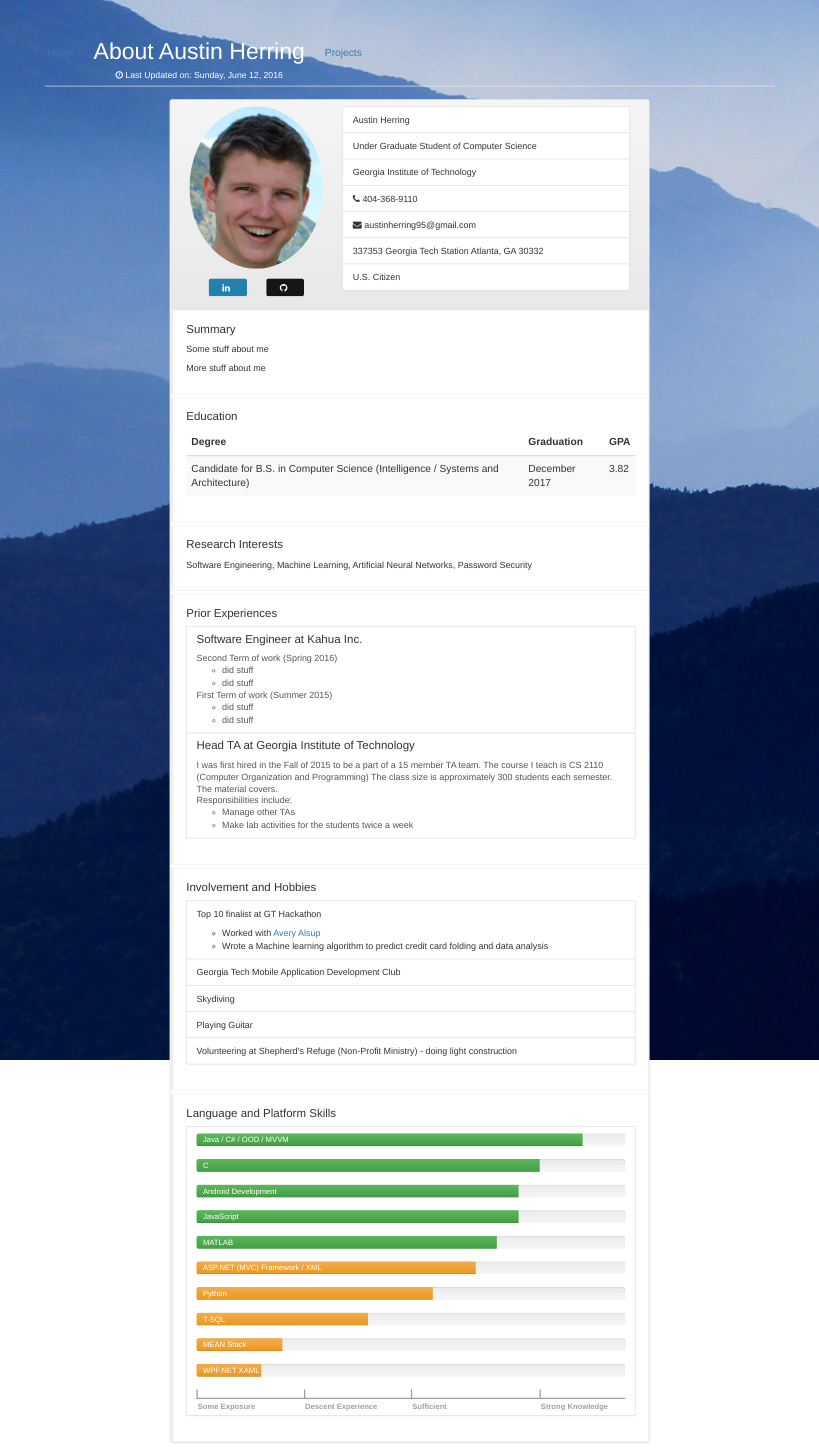
Repository: austinHerring/PersonalWebsite
Page: PersonalWebsite/WebContent/about.html
The author's editor kept a copy of each file at every save. The page is drawn from the files as they stood at one save, then again after the next save.
The browser window is 1280 px wide. The pictures show the whole page, at 64% of full size.
Some web libraries are served in a nearby version.

Above is the page before, as saved 2016-06-12 23:55:31.

After the next save:
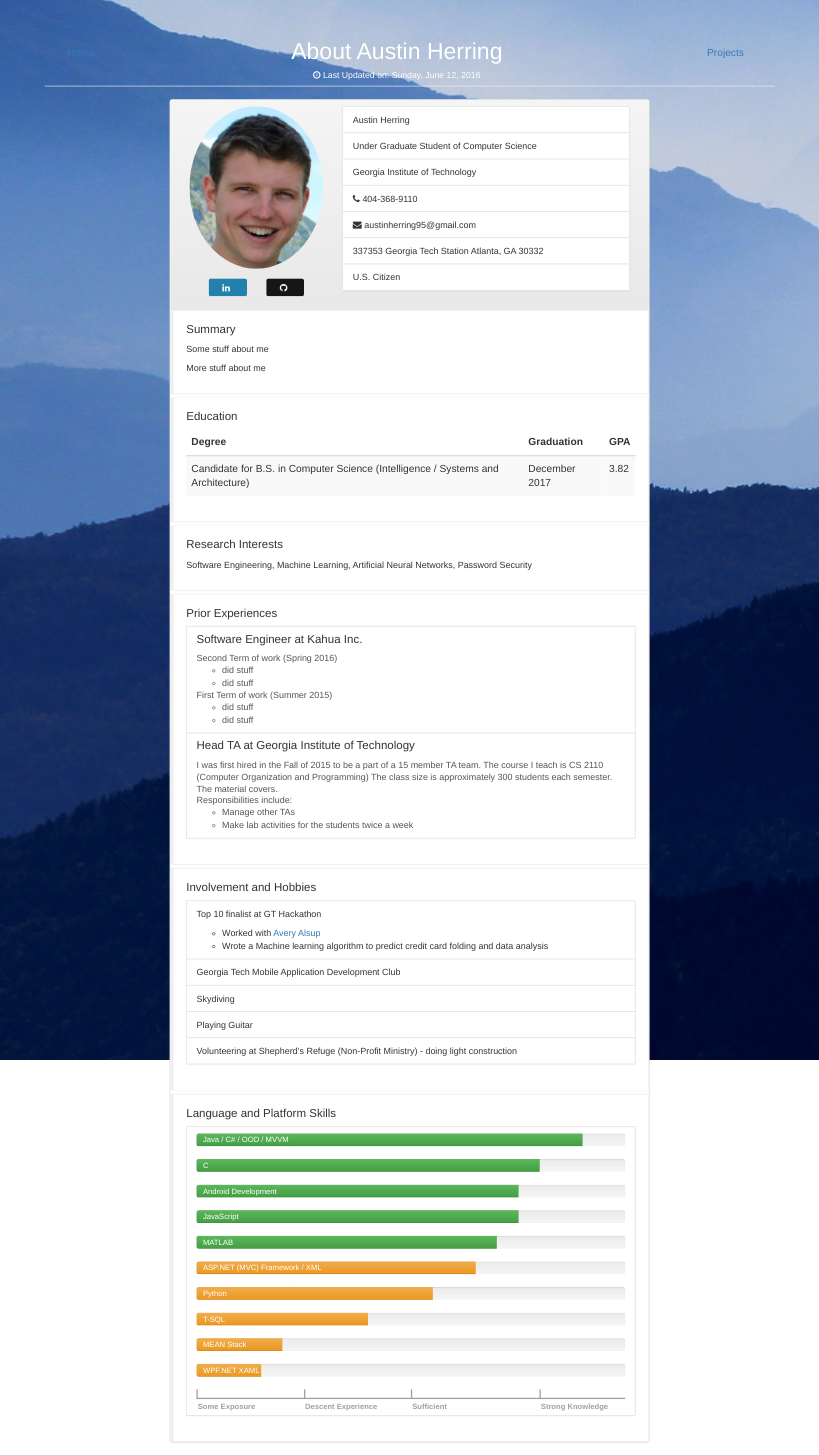
Saved 9 s later.
--- a/PersonalWebsite/WebContent/css/about.css
+++ b/PersonalWebsite/WebContent/css/about.css
@@ -9,7 +9,7 @@
 .table-header{
   text-align: center;
   color: white;
-  width:500px;
+  width:100%;
 }
 
 /*social buttons*/
